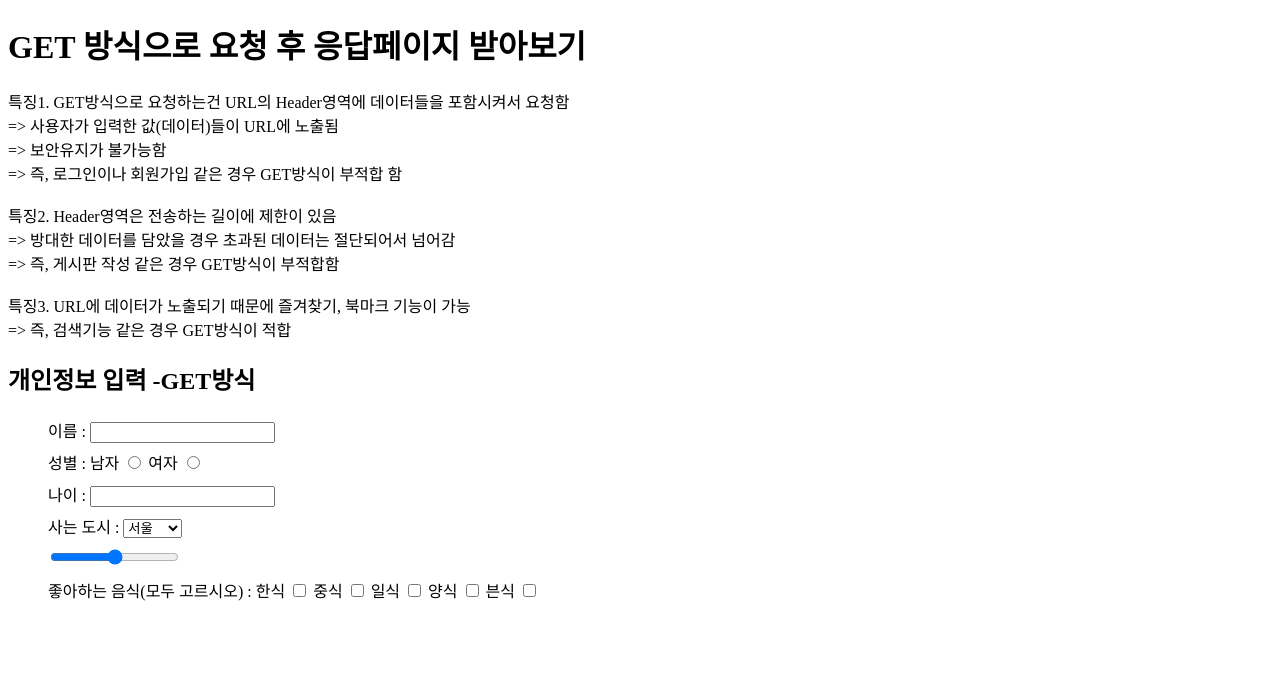
Repository: yejin0220/Web-workspace1
Page: 1_Servlet/WebContent/views/requestTest_GET.html
These files come from the project's save history. The page is drawn as it stood at one moment and after the next save; the edit follows.
The browser window is 1280 px wide. The pictures show the whole page.

Above is the page before, as saved 2023-02-08 00:29:59.

After the next save:
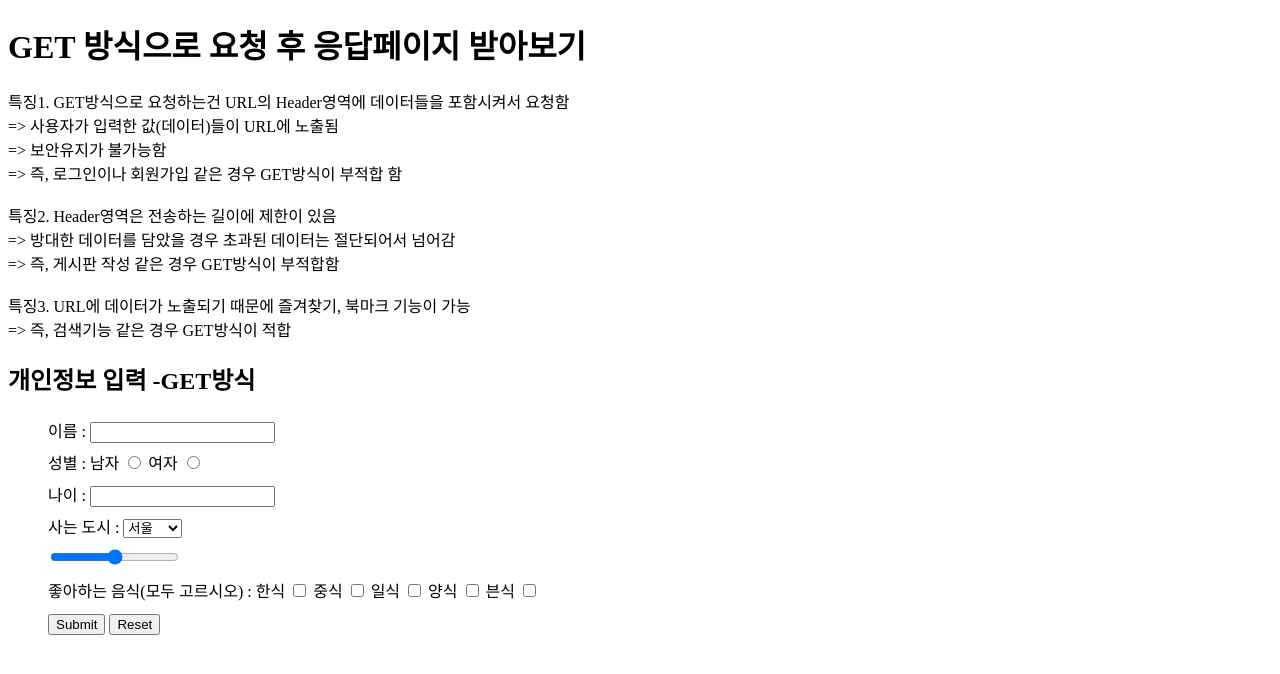
Saved 53 s later.
--- a/1_Servlet/WebContent/views/requestTest_GET.html
+++ b/1_Servlet/WebContent/views/requestTest_GET.html
@@ -70,6 +70,10 @@
 				양식 <input type="checkbox" name="food" vlaus="양식">
 				븐식 <input type="checkbox" name="food" vlaus="분식">
 			</li>
+			<li>
+				<input type="submit">
+				<input type="reset">
+			</li>
 		</ul>
 
 	</form>
